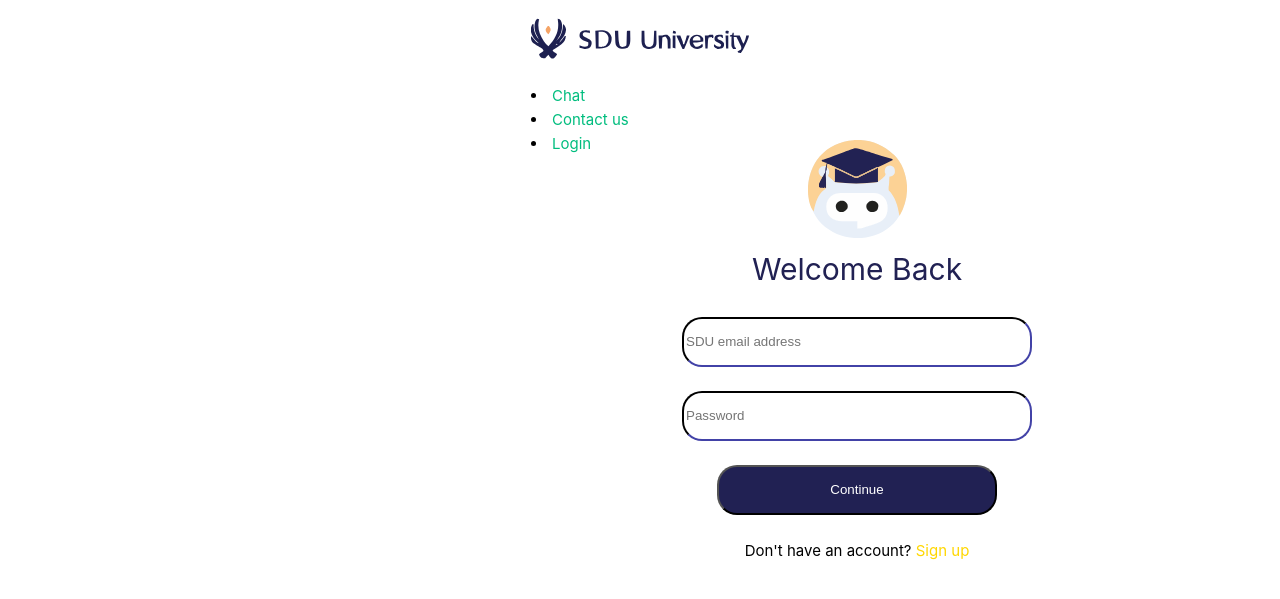
Repository: tolepbekova/Community_v.l
Page: /login
An editor plug-in stored every save of this project. The page is shown before and after the next save, followed by the edit.
The browser window is 1280 px wide. The pictures show the whole page.
The project was rebuilt for these pictures with package versions that can differ from the ones it lists, and the page was loaded fresh each time. Also part of the build but not shown: vite.config.js, src/components/HelloWorld.vue. Imported but missing from the stored project, and not drawn on this page: src/views/Change.vue.

Above is the page before, as saved 2024-05-10 03:16:58.

### src/App.vue
<script setup>
import HelloWorld from './components/HelloWorld.vue'
import router from './router/index.js'
import './assets/base.css'
</script>

<template>
    <div id="app">
        <v-app id="header">
            <v-card color="grey lighten-4" flat height="100px" tile>
                <v-toolbar dense>

                    <a href="about.html"><img class="logo" src="../src/assets/logo/log.svg"></a>

                    <v-spacer></v-spacer>

                    <li><router-link to="/getstart">Chat</router-link></li>
                        <li><router-link to="/contact">Contact us</router-link></li>
                        <li><router-link to="/auth">Login</router-link></li>


                </v-toolbar>
            </v-card>
        </v-app>
         <router-view />
    </div>

</template>

<style>
#app {
    display: flex;

}

#header {

    display: flex;
    width: 100%;
    flex-direction: column;
    align-items: center;
    justify-content: space-around;
    position: fixed;
    margin-left: 0px;
    margin-right: 0px;
    margin-top: 0px;
}

#header img {
    width: 218px;
    height: 77px;
}

#navbar {
    display: flex;
    align-items: center;
    justify-content: center;
}
span  {
    list-style: none;
    padding: 0 20px;
    text-decoration: none;
    font-size: 30px;
    color: rgba(33, 33, 83, 1);
    transition: 0.3s ease;
}

#navbar li :hover {
    color: rgb(237, 237, 167);
}
</style>

### src/router/index.js
import Vue from 'vue'
import VueRouter from 'vue-router'
import Login from '../views/Login.vue'

Vue.use(VueRouter)

const router = new VueRouter({
  mode: 'history',
  base: import.meta.env.BASE_URL,
  routes: [
    {
      path: '/login',
      name: 'login',
      component: Login
    },
    {
      path: '/getstart',
      name: 'getstart',
      // route level code-splitting
      // this generates a separate chunk (About.[hash].js) for this route
      // which is lazy-loaded when the route is visited.
      component: () => import('../views/AboutView.vue')
    },
    {
      path: '/home',
      name: 'Home',
      // route level code-splitting
      // this generates a separate chunk (About.[hash].js) for this route
      // which is lazy-loaded when the route is visited.
      component: () => import('../views/About.vue')
    },
    {
      path: '/sign',
      name: 'signin',
      component: () => import('../views/Signin.vue')
    },
    {
      path: '/contact',
      name: 'contact',
      component: () => import('../views/Contact.vue')
    },
    {
      path: '/auth',
      name: 'auth',
      component: () => import('../views/Auth.vue')
    },
    {
      path: '/change',
      name: 'change',
      component: () => import('../views/Change.vue')
    },
    {
      path: '/auth',
      name: 'auth',
      component: () => import('../views/Auth.vue')
    },

  ]
})

export default router

### src/assets/main.css
@import "./base.css";

#app {

  font-weight: normal;
}

a,
.green {
  text-decoration: none;
  color: hsla(160, 100%, 37%, 1);
  transition: 0.4s;
}

@media (hover: hover) {
  a:hover {
    background-color: hsla(160, 100%, 37%, 0.2);
  }
}

@media (min-width: 1024px) {
  body {
    display: flex;
    place-items: center;
  }

  #app {
    display: grid;
    grid-template-columns: 1fr 1fr;
    padding: 0 2rem;
  }
}

### src/assets/base.css
/* color palette from <https://github.com/vuejs/theme> */
:root {
  --vt-c-white: #ffffff;
  --vt-c-white-soft: #f8f8f8;
  --vt-c-white-mute: #f2f2f2;

  --vt-c-black: #181818;
  --vt-c-black-soft: #222222;
  --vt-c-black-mute: #282828;

  --vt-c-indigo: #2c3e50;

  --vt-c-divider-light-1: rgba(60, 60, 60, 0.29);
  --vt-c-divider-light-2: rgba(60, 60, 60, 0.12);
  --vt-c-divider-dadarkrk-1: rgba(84, 84, 84, 0.65);
  --vt-c-divider-dark-2: rgba(84, 84, 84, 0.48);

  --vt-c-text-light-1: var(--vt-c-indigo);
  --vt-c-text-light-2: rgba(60, 60, 60, 0.66);
  --vt-c-text-dark-1: var(--vt-c-white);
  --vt-c-text-dark-2: rgba(235, 235, 235, 0.64);
}

/* semantic color variables for this project */
:root {
  --color-background: var(--vt-c-white);
  --color-background-soft: var(--vt-c-white-soft);
  --color-background-mute: var(--vt-c-white-mute);

  --color-border: var(--vt-c-divider-light-2);
  --color-border-hover: var(--vt-c-divider-light-1);

  --color-heading: var(--vt-c-text-light-1);
  --color-text: var(--vt-c-text-light-1);

  --section-gap: 160px;
}

@media (prefers-color-scheme: dark) {
  :root {
    --color-background: var(--vt-c-black);
    --color-background-soft: var(--vt-c-black-soft);
    --color-background-mute: var(--vt-c-black-mute);

    --color-border: var(--vt-c-divider-dark-2);
    --color-border-hover: var(--vt-c-divider-dark-1);

    --color-heading: var(--vt-c-text-dark-1);
    --color-text: var(--vt-c-text-dark-2);
  }
}

*,
*::before,
*::after {
  box-sizing: border-box;
  margin: 0;
  position: relative;
  font-weight: normal;
}
html{
  padding: 0;
  margin: 0;
}
body {
  min-height: 10vh;
  padding: 0;
  margin: 0;
  transition: color 0.5s, background-color 0.5s;
  line-height: 1.6;
  font-family: Inter, -apple-system, BlinkMacSystemFont, 'Segoe UI', Roboto, Oxygen, Ubuntu,
    Cantarell, 'Fira Sans', 'Droid Sans', 'Helvetica Neue', sans-serif;
  font-size: 15px;
  text-rendering: optimizeLegibility;
  -webkit-font-smoothing: antialiased;
  -moz-osx-font-smoothing: grayscale;
}

### src/views/Login.vue
<template>
    <div>

        <br><br><br>

        <div class="abrow">
            <br><br>
            <div class="abcolu">
                <img src="../assets/logo/finalicon13_1.svg" alt="">
            </div>
            <div class="abcolu">
                <h1>Welcome Back</h1>
                <br>
                <input type="email" v-model:value="info.email" placeholder="SDU email address">
                <br><br>
                <input type="password" v-model:value="info.password" placeholder="Password" required>
                <br><br>
                <router-link to="getstart"><button class="btn" @click="login()">Continue</button></router-link>
                <br><br>
                <p>Don't have an account? <router-link to="sign in">Sign up</router-link></p>
            </div>
        </div>
    </div>
</template>

<script>
import axios from 'axios';

export default {
    data() {
        return {
            token: "",
            info: {
                email: "",
                password: "",
            },
        };
    },
    methods: {
        login() {
            axios
                .post(
                    ` https://sschat-production.up.railway.app/accounts/auth/token/login/`,
                    this.info
                )
                .then((res) => {
                    this.token = res.auth_token;
                });
        },
    },
};
</script>

<style scoped>
h1 {
    color: rgba(33, 33, 83, 1);
}

#header {
    display: flex;
    align-items: center;
    justify-content: space-around;
    padding: 20px 80px;

}

#header img {
    width: 218px;
    height: 77px;
}

#navbar {
    display: flex;
    align-items: center;
    justify-content: center;
}

#navbar li {
    list-style: none;
    padding: 0 20px;
}

#navbar li a {
    text-decoration: none;
    font-size: 30px;
    color: rgba(33, 33, 83, 1);
    transition: 0.3s ease;
}

#navnar li a:hover {
    color: rgb(237, 237, 167);
}

.abrow {
    margin: 20px auto;
    display: block;
    text-align: center;
    margin-left: 650px;
}

.abcolu {
    margin: 0 auto;
    display: block;
    text-align: center;
}

img {
    max-width: 99px;
    max-height: 99px;
}


.abp {
    margin: 0 auto;
    display: block;
    width: 670px;
    height: 100px;
}

.icon {
    width: 24px;
    height: 24px;
}

.btn {
    background-color: rgba(33, 33, 83, 1);
    border-radius: 20px;
    width: 280px;
    height: 50px;
    color: #ffffff;
}

input {
    border-radius: 20px;
    width: 350px;
    height: 50px;
    border-color: rgba(33, 33, 83, 1);
}

a {
    color: gold;
}

.lbtn1 {
    margin: 0 auto;
    display: block;
    width: 266px;
    height: 48px;
    border-radius: 30px;
    color: rgba(33, 33, 83, 1);
    background-color: rgba(253, 211, 149, 1);
    border: none;
    font-size: 15px;
    font-family: Cambria, Cochin, Georgia, Times, 'Times New Roman', serif;
    font-weight: bold;

}

.lbtn2 {
    margin: 0 auto;
    display: block;
    width: 266px;
    height: 48px;
    border-radius: 30px;
    color: rgba(33, 33, 83, 1);
    background-color: rgba(253, 211, 149, 1);
    border: none;
    font-size: 15px;
    font-family: Cambria, Cochin, Georgia, Times, 'Times New Roman', serif;
    font-weight: bold;

}
</style>

Loaded but not shown: index.html (common file); src/main.js (common file)

After the next save:
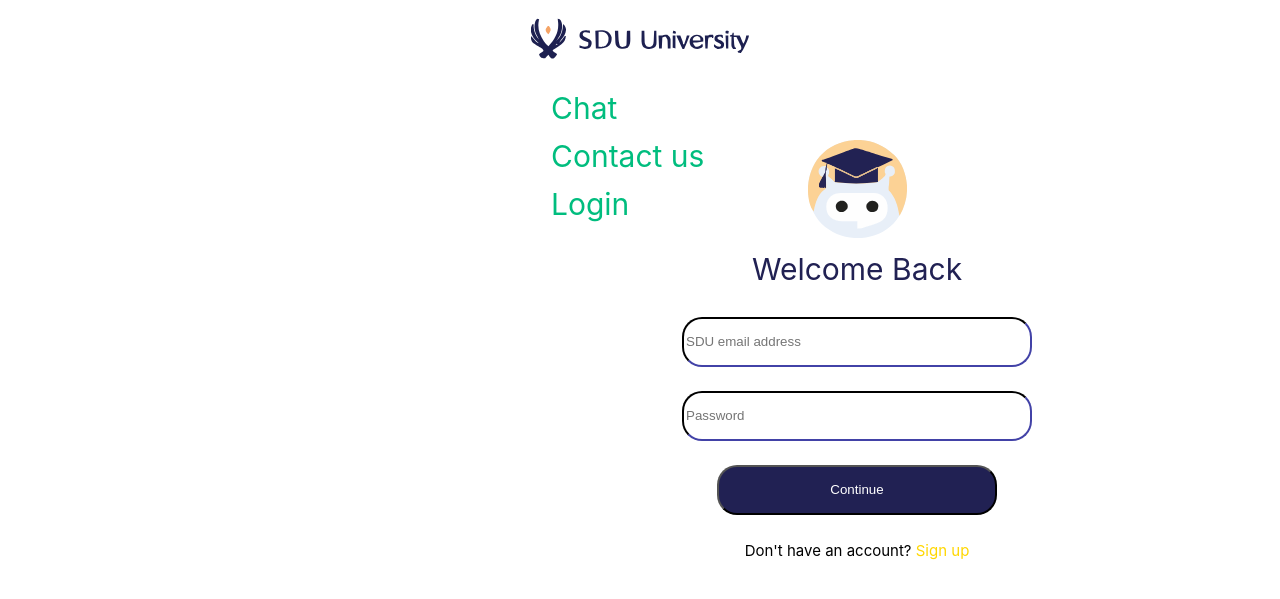
Saved 19 s later.
--- a/src/App.vue
+++ b/src/App.vue
@@ -56,7 +56,7 @@ import './assets/base.css'
     align-items: center;
     justify-content: center;
 }
-span  {
+li  {
     list-style: none;
     padding: 0 20px;
     text-decoration: none;
